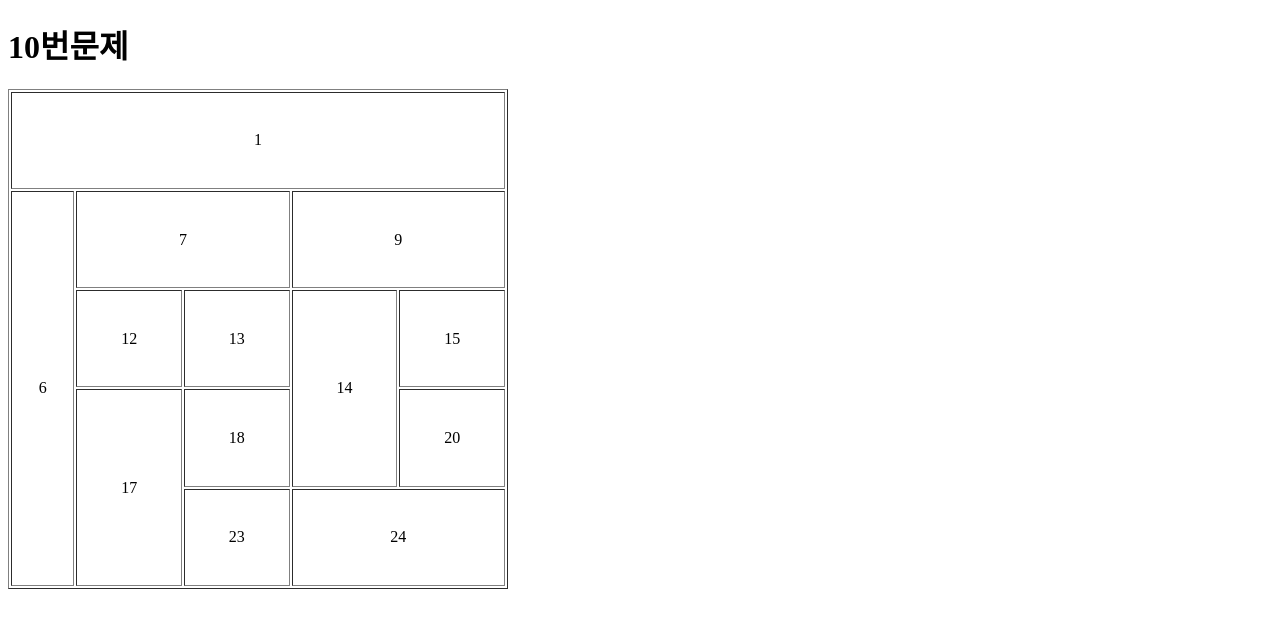
Repository: hb6700/client
Page: ClientTest/src/main/webapp/html/question/10_table.html
These files come from the project's save history. The page is drawn as it stood at one moment and after the next save; the edit follows.
The browser window is 1280 px wide. The pictures show the whole page.

Above is the page before, as saved 2023-09-21 02:23:24.

### ClientTest/src/main/webapp/html/question/10_table.html
<!DOCTYPE html>
<html>
<head>
<meta charset="UTF-8">
<title>10_table</title>
</head>
<body>
	<h1>10번문제</h1>
	<table border="1" width="500" height="500">
		<tr>
			<td colspan="5" align="center">1</td>
		</tr>
		<tr>
			<td rowspan="4" align="center">6</td>
			<td colspan="2" align="center">7</td>
			<td colspan="2" align="center">9</td>
		</tr>
		<tr>
			<td align="center">12</td>
			<td align="center">13</td>
			<td rowspan="2" align="center">14</td>
			<td align="center">15</td>
		</tr>
		<tr>
			<td rowspan="2" align="center">17</td>
			<td align="center">18</td>
			<td align="center">20</td>
		</tr>
		<tr>
			<td align="center">23</td>
			<td colspan="2" align="center">24</td>
		</tr>
	</table>
</body>
</html>

After the next save:
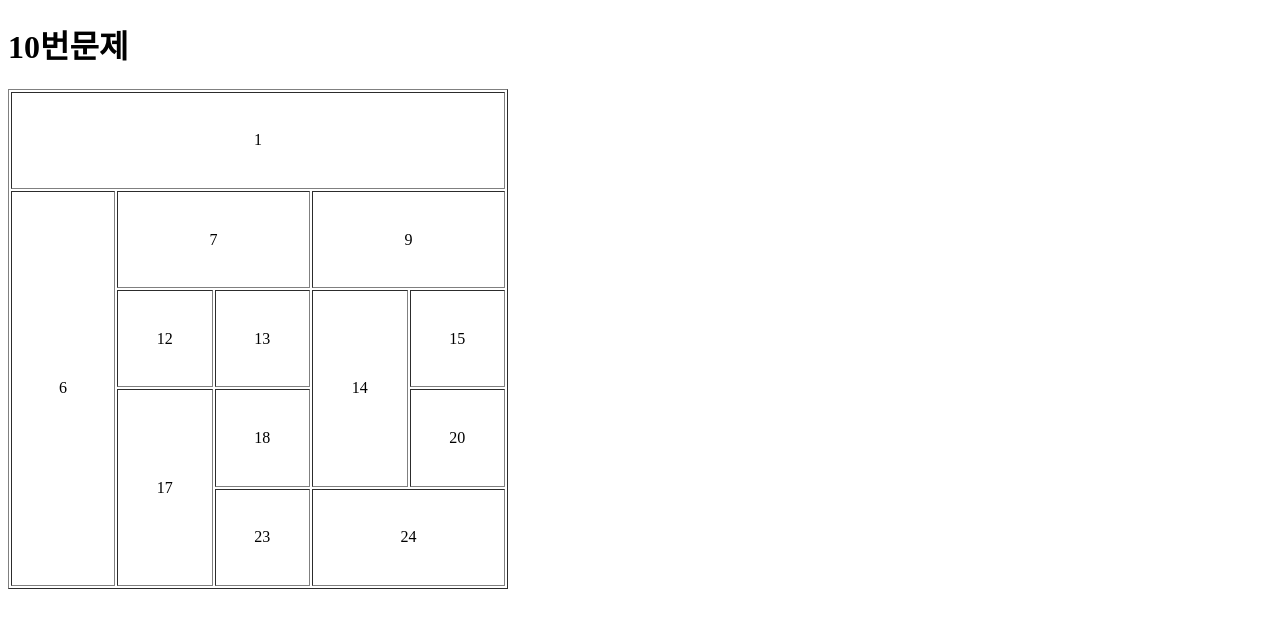
Saved 3 min 25 s later.
--- a/ClientTest/src/main/webapp/html/question/10_table.html
+++ b/ClientTest/src/main/webapp/html/question/10_table.html
@@ -11,7 +11,7 @@
 			<td colspan="5" align="center">1</td>
 		</tr>
 		<tr>
-			<td rowspan="4" align="center">6</td>
+			<td rowspan="4" align="center" width="100">6</td>
 			<td colspan="2" align="center">7</td>
 			<td colspan="2" align="center">9</td>
 		</tr>
